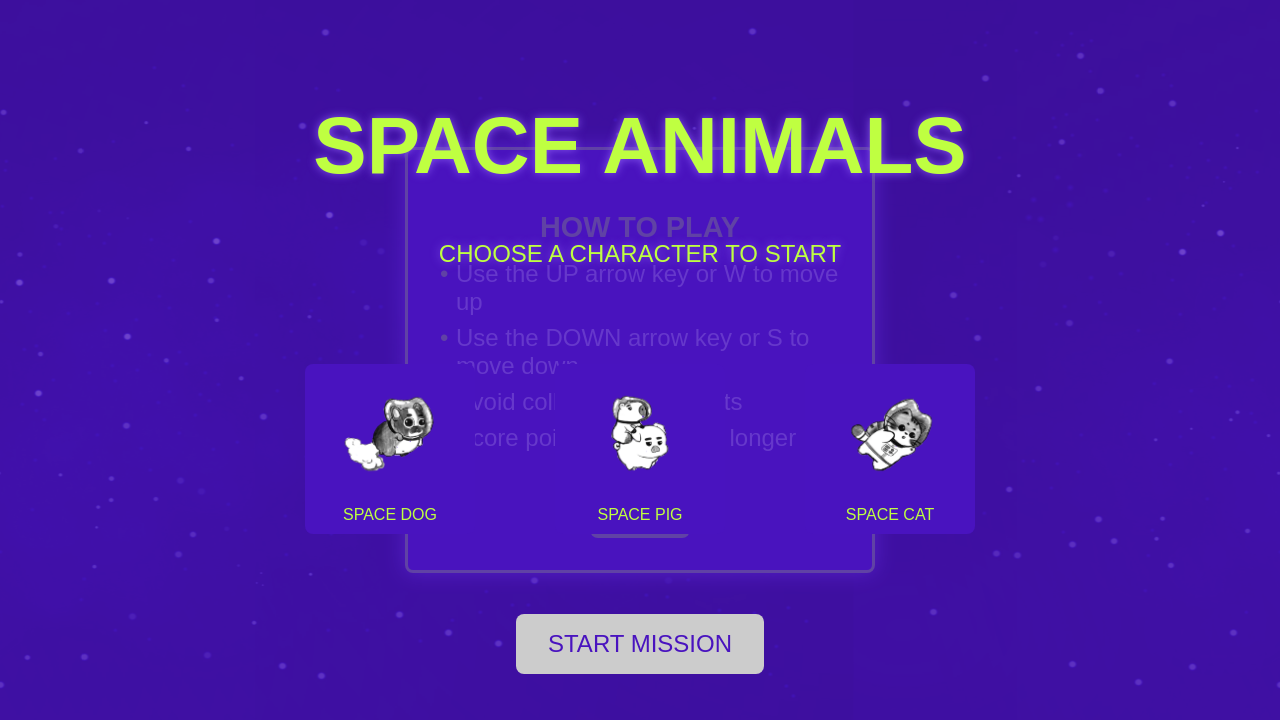
Repository: brunaguarizo/SpaceFarm
Page: index.html
The author's editor kept a copy of each file at every save. The page is drawn from the files as they stood at one save, then again after the next save.
The browser window is 1280 px wide. The pictures show the whole page.
Some web fonts or font styles are not loaded; a fallback is used.

Above is the page before, as saved 2025-04-27 16:39:52.

### index.html
<!DOCTYPE html>
<html lang="en">
    <head>
        <meta charset="UTF-8" />
        <meta
            name="viewport"
            content="width=device-width, initial-scale=1.0" />
        <title>Space Adventure</title>
        <link
            rel="stylesheet"
            href="styles.css" />

        <link
            rel="preconnect"
            href="https://fonts.googleapis.com" />
        <link
            rel="preconnect"
            href="https://fonts.gstatic.com"
            crossorigin />
        <link
            href="https://fonts.googleapis.com/css2?family=Ranchers&display=swap"
            rel="stylesheet" />
    </head>
    <body>
        <div id="game-container">
            <div class="scrolling-background"></div>
            <!-- ----------------------- Instructions ----------------------- -->
            <div
                id="instructions-container"
                class="instructions-box">
                <h3>HOW TO PLAY</h3>
                <ul>
                    <li>Use the UP arrow key or W to move up</li>
                    <li>Use the DOWN arrow key or S to move down</li>
                    <li>Avoid colliding with planets</li>
                    <li>Score points by surviving longer</li>
                </ul>
                <button id="close-instructions">GOT IT!</button>
            </div>
            <!-- ----------------------- CHARACTER SELESCTION SCREEN ----------------------- -->
            <div id="character-select">
                <h1>SPACE ANIMALS</h1>

                <div class="text">CHOOSE A CHARACTER TO START</div>
                <div class="character-options">
                    <div
                        class="character-option"
                        data-character="astronaut">
                        <div class="character-img">
                            <img
                                src="img/dog.png"
                                alt="Space Dog" />
                        </div>
                        <div class="character-label">SPACE DOG</div>
                    </div>
                    <div
                        class="character-option"
                        data-character="alien">
                        <div class="character-img">
                            <img
                                src="img/pig.png"
                                alt="Space Pig" />
                        </div>
                        <div class="character-label">SPACE PIG</div>
                    </div>
                    <div
                        class="character-option"
                        data-character="robot">
                        <div class="character-img">
                            <img
                                src="img/cat.png"
                                alt="Space Cat" />
                        </div>
                        <div class="character-label">SPACE CAT</div>
                    </div>
                </div>
                <button
                    id="confirm-btn"
                    disabled>
                    START MISSION
                </button>
            </div>

            <!-- ----------------------- GAME SCREEN ----------------------- -->

            <div id="game-screen">
                <div id="player"></div>
                <div id="score-container">
                    <div id="score">SCORE: 0</div>
                    <button id="pause-btn">PAUSE</button>
                </div>
            </div>

            <!-- ----------------------- PAUSE SCREEN ----------------------- -->

            <div id="pause-screen">
                <h2>GAME PAUSED</h2>
                <button id="resume-btn">RESUME</button>
            </div>

            <!-- ----------------------- GAME OVER SCREEN ----------------------- -->

            <div id="game-over">
                <h2>GAME OVER</h2>
                <div id="final-score">SCORE: 0</div>
                <button id="restart-btn">PLAY AGAIN</button>
            </div>
        </div>

        <script src="script.js"></script>
    </body>
</html>

### styles.css
/* ------------------------- GENERAL STYLES ------------------------- */

body {
    margin: 0;
    padding: 0;
    overflow: hidden;
    font-family: var(--font-family);
    background-color: var(--mid-green);
}

#game-container {
    position: relative;
    width: 100vw;
    height: 100vh;
    overflow: hidden;
    background-color: var(--dark-purple);
}

.scrolling-background {
    position: absolute;
    top: 0;
    left: 0;
    width: 300vw;
    height: 100vh;
    background-image: url("img/space-bg.jpg");
    background-size: 100vw 100vh;
    background-repeat: repeat-x;
    animation: scrollBackground 30s linear infinite;
    will-change: transform;
}

@keyframes scrollBackground {
    /* BACKGROUND MOVEMENT */
    0% {
        transform: translateX(0);
    }
    100% {
        transform: translateX(-200vw);
    }
}

#character-select,
#game-screen,
#pause-screen,
#game-over {
    position: relative;
    z-index: 1;
}
/* ------------------------- INSTRUCTION BOX------------------------- */

.instructions-box {
    position: absolute;
    top: 50%;
    left: 50%;
    transform: translate(-50%, -50%);
    background-color: var(--dark-purple);
    border: 3px solid var(--light-green);
    border-radius: var(--space-small);
    padding: var(--space-medium);
    z-index: 10;
    max-width: 400px;
    text-align: center;
    box-shadow: 0 0 20px var(--mid-purple);
}

.instructions-box h3 {
    color: var(--light-green);
    font-size: calc(var(--text) * 1.2);
    margin-bottom: var(--space-regular);
}

.instructions-box ul {
    list-style-type: none;
    padding: 0;
    margin-bottom: var(--space-large);
    text-align: left;
}

.instructions-box li {
    color: var(--light-purple);
    font-size: var(--text);
    margin-bottom: var(--space-small);
    padding-left: var(--space-regular);
    position: relative;
}

.instructions-box li:before {
    content: "•";
    color: var(--light-green);
    position: absolute;
    left: 0;
}

#close-instructions {
    padding: var(--space-small) var(--space-regular);
    background-color: var(--light-green);
    color: var(--dark-purple);
    border: none;
    border-radius: var(--space-small);
    font-size: calc(var(--text) * 0.8);
    font-family: var(--font-family);
    cursor: pointer;
    transition: background-color 0.3s;
}

#close-instructions:hover {
    background-color: var(--mid-green);
}
/* ------------------------- CHARACTER SELECTI ------------------------- */
#character-select {
    position: absolute;
    width: 100%;
    height: 100%;
    display: flex;
    flex-direction: column;
    justify-content: center;
    align-items: center;
    z-index: 10;
    background-color: rgba(73, 19, 191, 0.8);
}

h1 {
    color: var(--light-green);
    font-size: var(--header);
    margin-bottom: var(--space-large);
    text-shadow: 0 0 10px var(--mid-purple);
    text-align: center;
}

.text {
    color: var(--light-green);
    font-size: var(--text);
    text-shadow: 0 0 10px var(--mid-purple);
    text-align: center;
    margin-bottom: var(--space-large);
}

.character-options {
    display: flex;
    gap: var(--space-extra-large);
    margin-top: var(--space-large);
    margin-bottom: var(--space-extra-large);
}

.character-option {
    width: 150px;
    height: 150px;
    background-color: var(--dark-purple);
    border-radius: var(--space-small);
    display: flex;
    flex-direction: column;
    align-items: center;
    justify-content: center;
    cursor: pointer;
    transition: transform 0.3s, box-shadow 0.3s;
    padding: var(--space-small);
    border: 2px solid transparent;
    gap: var(--space-small);
}

.character-option:hover {
    transform: scale(1.05);
    box-shadow: 0 0 15px var(--light-purple);
}

.character-option.selected {
    border-color: var(--light-green);
    box-shadow: 0 0 20px var(--light-green);
}

.character-img {
    width: 100%;
    height: 100%;
    display: block;
}

.character-img img {
    width: 100%;
    height: 100%;
    object-fit: contain;
}

.character-label {
    color: var(--light-green);
    font-size: 16px;
    text-align: center;
    text-transform: uppercase;
}

#confirm-btn {
    padding: var(--space-regular) var(--space-medium);
    background-color: var(--light-green);
    color: var(--dark-purple);
    border: none;
    border-radius: var(--space-small);
    font-size: var(--text);
    font-family: var(--font-family);
    cursor: pointer;
    transition: background-color 0.3s;
    text-transform: uppercase;
}

#confirm-btn:hover {
    background-color: var(--mid-green);
}

#confirm-btn:disabled {
    background-color: #cccccc;
    cursor: not-allowed;
}

/* ------------------------- GAME SCREEN -------------------------*/
#game-screen {
    display: none;
    position: absolute;
    width: 100%;
    height: 100%;
    z-index: 5;
}

#player {
    position: absolute;
    width: 250px;
    height: 250px;
    left: var(--space-extra-large);
    top: 50%;
    transform: translateY(-50%);
    line-height: 1;
    z-index: 5;
}

#player img {
    width: 100%;
    height: 100%;
    object-fit: contain;
}

.asteroid {
    position: absolute;
    width: 100px;
    height: 100px;
    border-radius: 50%;
    overflow: hidden;
    box-shadow: 0 0 15px var(--light-purple);
}

.asteroid img {
    width: 100%;
    height: 100%;
    object-fit: cover;
}

#score-container {
    position: absolute;
    top: var(--space-regular);
    right: var(--space-regular);
    display: flex;
    align-items: center;
    gap: var(--space-regular);
    z-index: 5;
}

#score {
    color: var(--light-green);
    font-size: var(--text);
    font-weight: bold;
    background-color: var(--dark-purple);
    padding: var(--space-small) var(--space-regular);
    border-radius: var(--space-small);
    border: 2px solid var(--light-green);
    text-transform: uppercase;
}

#pause-btn {
    background-color: var(--dark-purple);
    color: var(--light-green);
    border: 2px solid var(--light-green);
    border-radius: var(--space-small);
    font-size: var(--text);
    font-family: var(--font-family);
    padding: var(--space-small) var(--space-regular);
    cursor: pointer;
    transition: all 0.3s;
    text-transform: uppercase;
}

#pause-btn:hover {
    background-color: var(--mid-purple);
    box-shadow: 0 0 10px var(--light-purple);
}

/* ------------------------- GAME OVER SCREEN ------------------------- */
#game-over {
    display: none;
    position: absolute;
    top: 0;
    left: 0;
    width: 100%;
    height: 100%;
    background-color: rgba(73, 19, 191, 0.8);
    z-index: 15;
    flex-direction: column;
    justify-content: center;
    align-items: center;
}

#game-over h2 {
    color: var(--light-pink);
    font-size: var(--header);
    margin-bottom: var(--space-regular);
    text-shadow: 0 0 10px var(--mid-pink);
}

#final-score {
    color: var(--light-green);
    font-size: var(--text);
    margin-bottom: var(--space-extra-large);
}

#restart-btn {
    padding: var(--space-regular) var(--space-medium);
    background-color: var(--light-green);
    color: var(--dark-purple);
    border: none;
    border-radius: var(--space-small);
    font-size: var(--text);
    font-family: var(--font-family);
    cursor: pointer;
    transition: background-color 0.3s;
}

#restart-btn:hover {
    background-color: var(--mid-green);
}

/* ------------------------- UTILITY STYLES ------------------------- */

.invisible {
    opacity: 0;
}

/* ------------------------- PAUSE SCREEN ------------------------- */

#pause-screen {
    display: none;
    position: absolute;
    top: 0;
    left: 0;
    width: 100%;
    height: 100%;
    background-color: rgba(73, 19, 191, 0.8);
    z-index: 12;
    flex-direction: column;
    justify-content: center;
    align-items: center;
    color: var(--light-green);
}

#pause-screen h2 {
    font-size: var(--header);
    margin-bottom: var(--space-extra-large);
}

#resume-btn {
    padding: var(--space-regular) var(--space-medium);
    background-color: var(--light-green);
    color: var(--dark-purple);
    border: none;
    border-radius: var(--space-small);
    font-size: var(--text);
    font-family: var(--font-family);
    cursor: pointer;
    transition: background-color 0.3s;
}

#resume-btn:hover {
    background-color: var(--mid-green);
}

/* --------------------------- VARIABLES  --------------------------- */
:root {
    --font-family: "Ranchers", sans-serif;
    --header: 80px;
    --text: 24px;

    --light-green: #bfff41;
    --mid-green: #a3de1a;
    --dark-green: #46b800;
    --light-pink: #ffc2ec;
    --mid-pink: #f0429c;
    --dark-pink: #910b64;
    --light-purple: #dcccff;
    --mid-purple: #8655ef;
    --dark-purple: #4913bf;

    --space-extra-small: 4px;
    --space-small: 8px;
    --space-regular: 16px;
    --space-medium: 32px;
    --space-large: 48px;
    --space-extra-large: 80px;
    --space-huge: 160px;
}

Loaded but not shown: script.js (381 lines, source omitted)

After the next save:
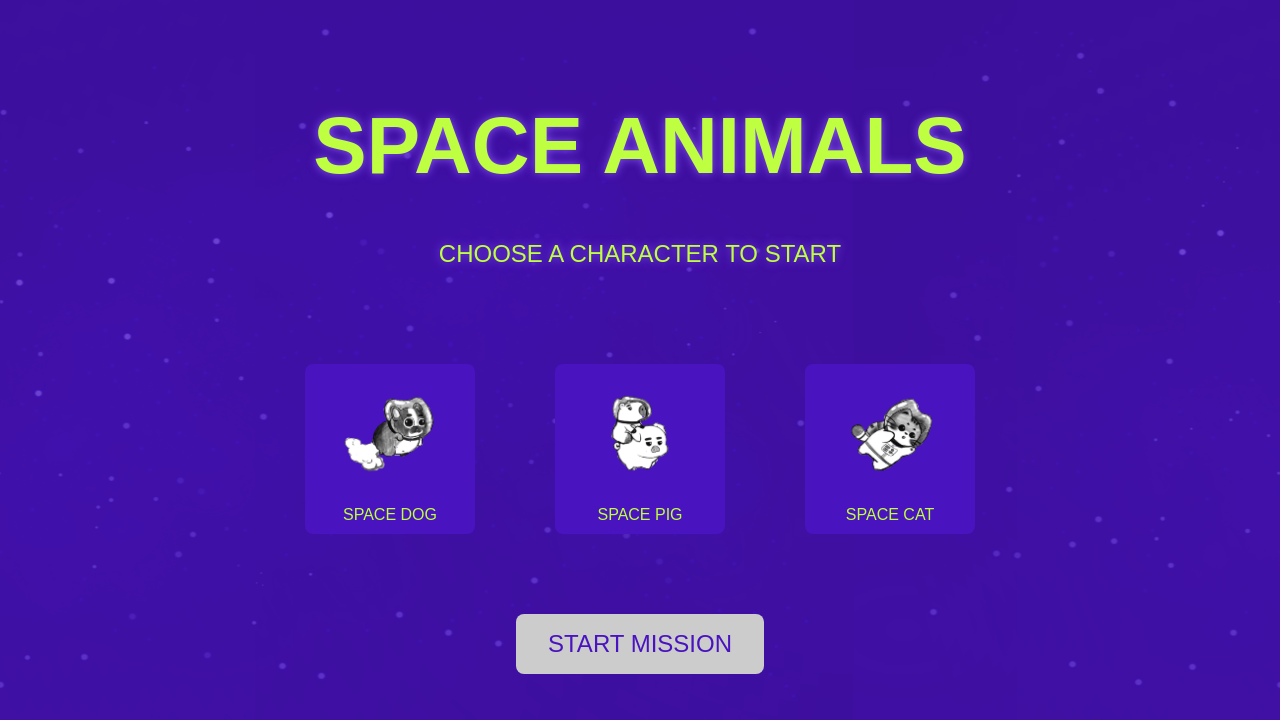
Saved 2 min 42 s later.
--- a/styles.css
+++ b/styles.css
@@ -68,6 +68,11 @@
     font-size: calc(var(--text) * 1.2);
     margin-bottom: var(--space-regular);
 }
+#instructions-container {
+    display: none; /* Initially hidden */
+    visibility: hidden; /* Hide the container visually */
+    z-index: -1; /* Ensure it is visually placed behind other elements */
+}
 
 .instructions-box ul {
     list-style-type: none;

After the 2 saves that followed:
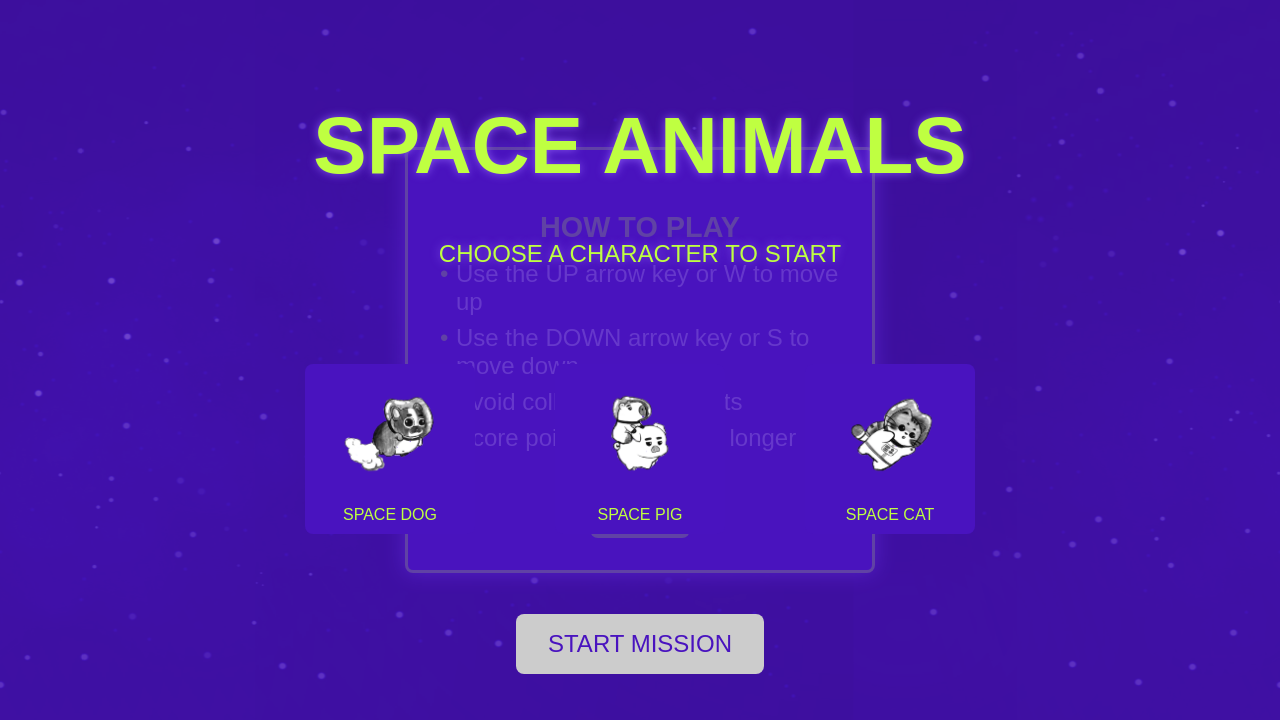
The 2 saves are shown as one change because 1 left the picture as it was.
The last was saved 32 s later.
--- a/styles.css
+++ b/styles.css
@@ -68,11 +68,6 @@
     font-size: calc(var(--text) * 1.2);
     margin-bottom: var(--space-regular);
 }
-#instructions-container {
-    display: none; /* Initially hidden */
-    visibility: hidden; /* Hide the container visually */
-    z-index: -1; /* Ensure it is visually placed behind other elements */
-}
 
 .instructions-box ul {
     list-style-type: none;
